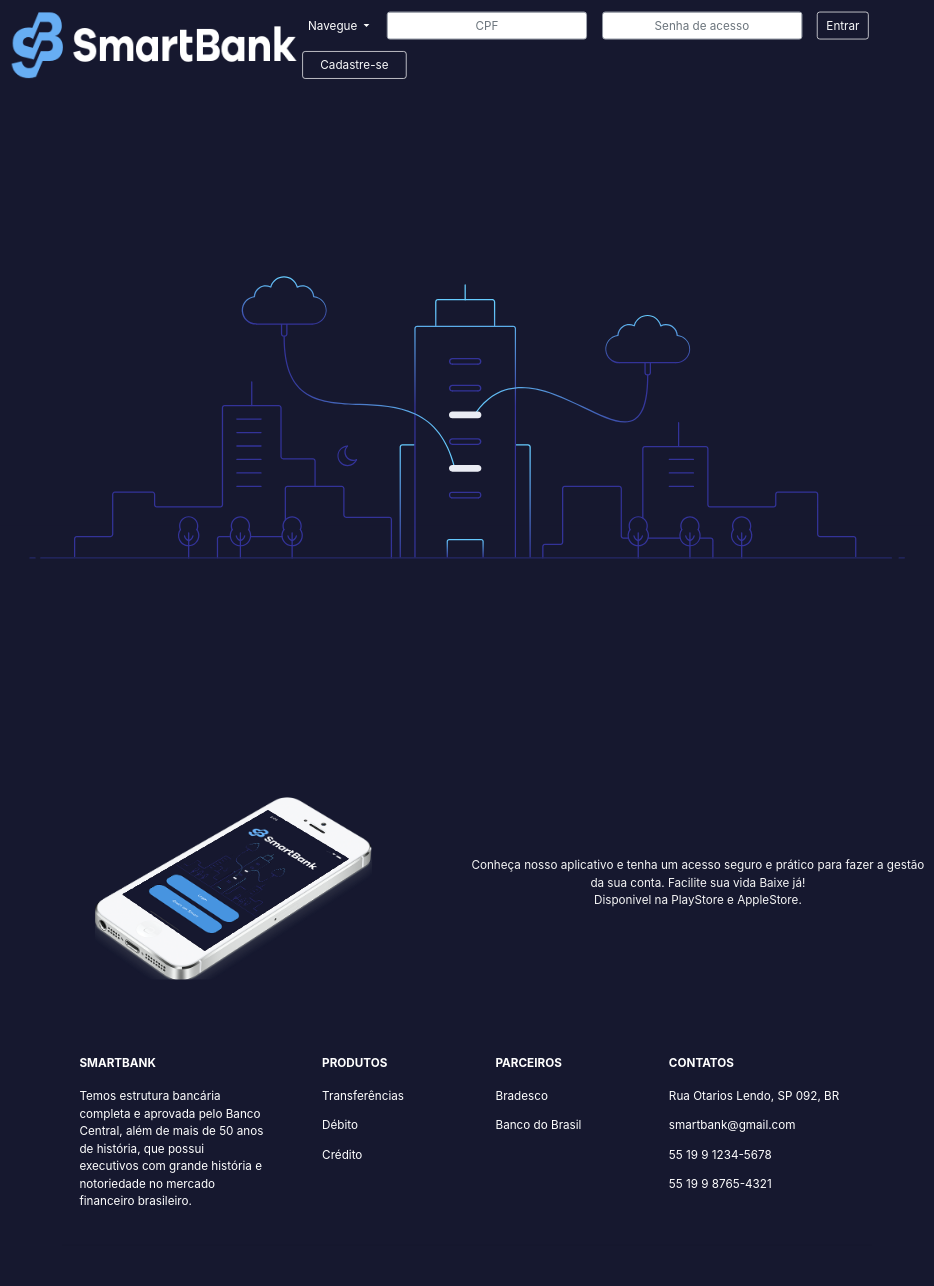
Repository: davitolentino/Mini-Projeto-SmartBank
Page: http://localhost/SmartBank/home.jsp
These files come from the project's save history. The page is drawn as it stood at one moment and after the next save; the edit follows.
The browser window is 1280 px wide. The pictures show the whole page, at 73% of full size.
The page is served by Tomcat 9.

Above is the page before, as saved 2020-03-04 13:21:02.

After the next save:
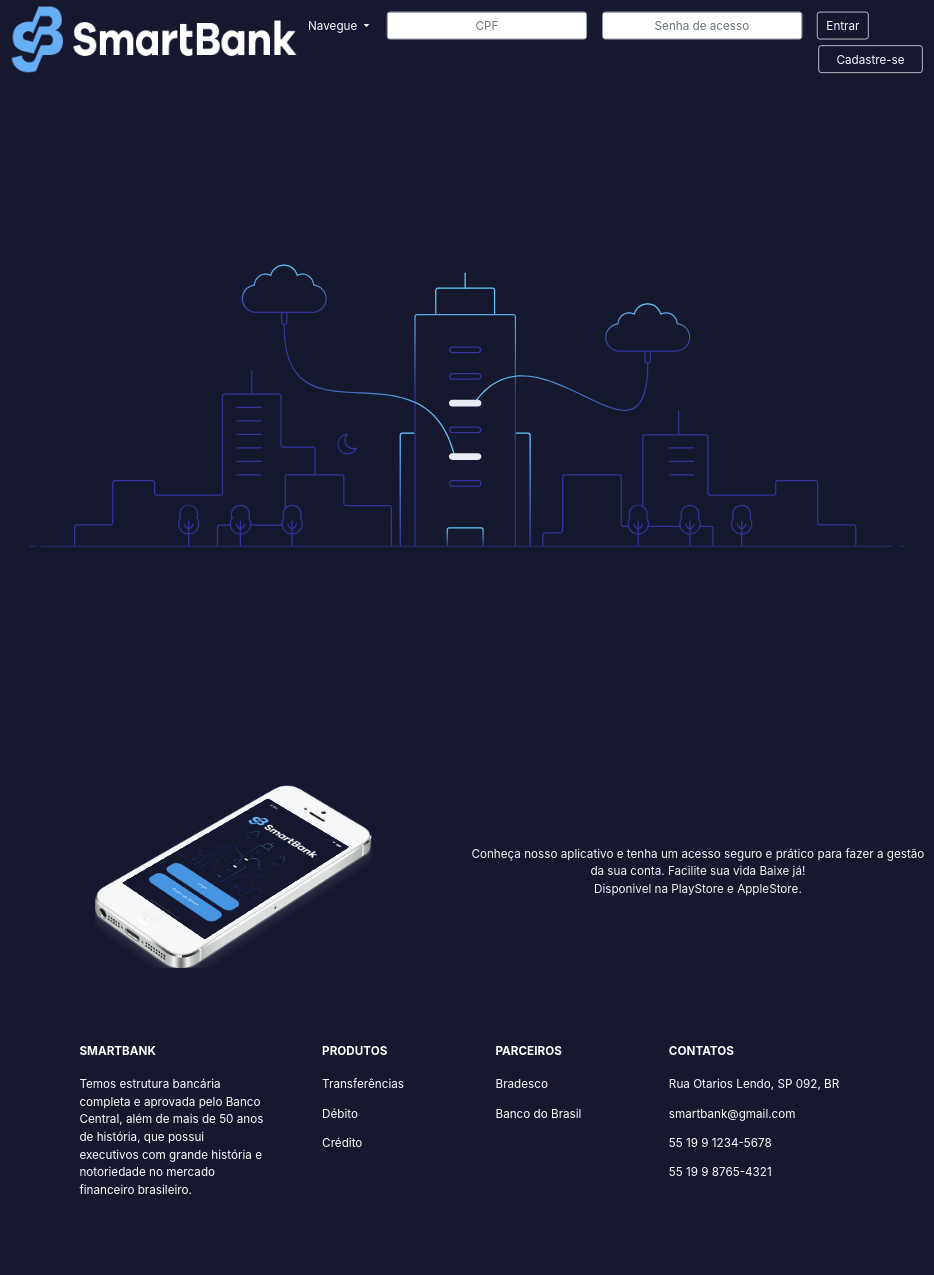
Saved 22 s later.
--- a/frontend/SmartBank/WebContent/home.jsp
+++ b/frontend/SmartBank/WebContent/home.jsp
@@ -352,7 +352,7 @@ a:link {
 						<%} %>
 					</div>
 					<%if(whois.equals("{\"nobody\":"+nb+"}")){ %>
-					<button type="button" class="btn btn-outline-light form-control m-2 col-2" data-toggle="modal" data-target="#ModalCadastro" id="Letreiro">Cadastre-se</button>
+					<button type="button" class="btn btn-outline-light form-control ml-auto col-2" data-toggle="modal" data-target="#ModalCadastro" id="Letreiro">Cadastre-se</button>
 					<%} %>
 				</div>
 			</div>
